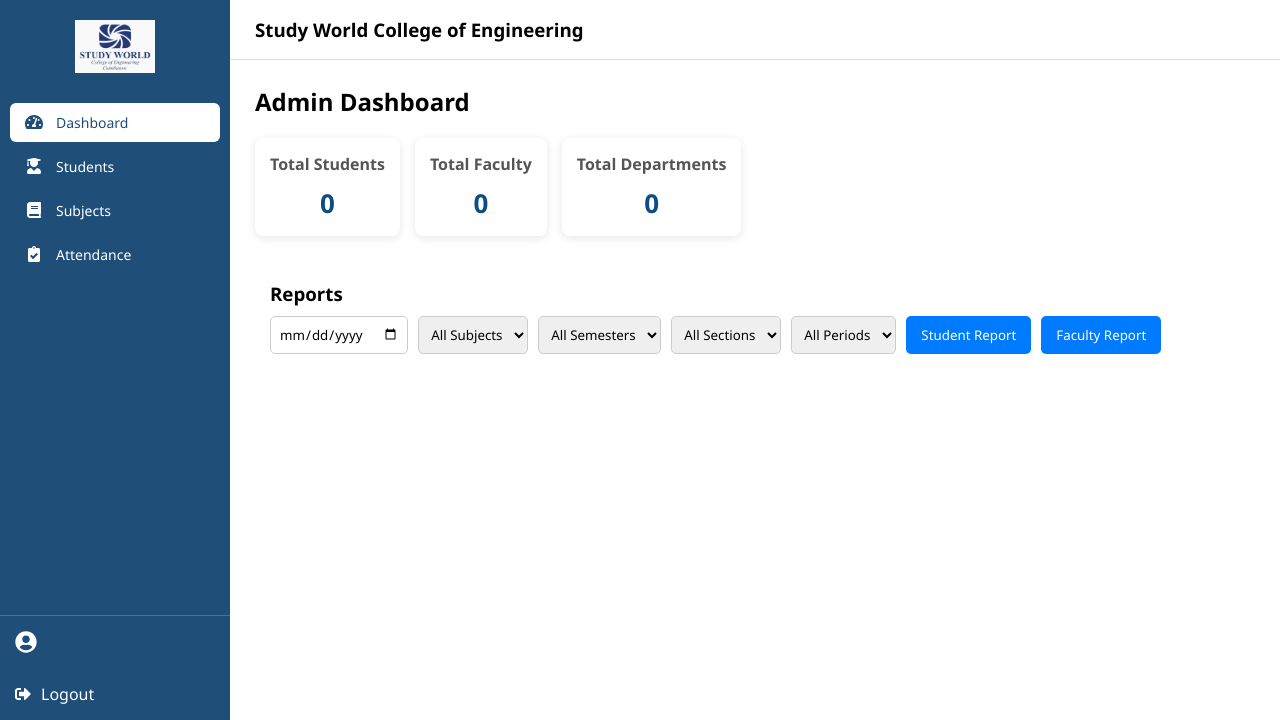
Repository: arthanarieswara/frontend
Page: /dashboard
An editor plug-in stored every save of this project. The page is shown before and after the next save, followed by the edit.
The browser window is 1280 px wide. The pictures show the whole page.
The page's requests for data from a server got no answer. The project was rebuilt for these pictures with package versions that can differ from the ones it lists, and the page was loaded fresh each time. No one was signed in, and anything a server would have sent is missing. Also part of the build but not shown: vite.config.js, src/pages/auth/Login.jsx, src/pages/departments/Departments.css, src/pages/departments/Departments.jsx, src/pages/students/Students.css, src/pages/students/Students.jsx, src/pages/faculty/Faculty.css, src/pages/faculty/Faculty.jsx and 9 more.

Above is the page before, as saved 2026-04-01 15:26:34.

After the next save:
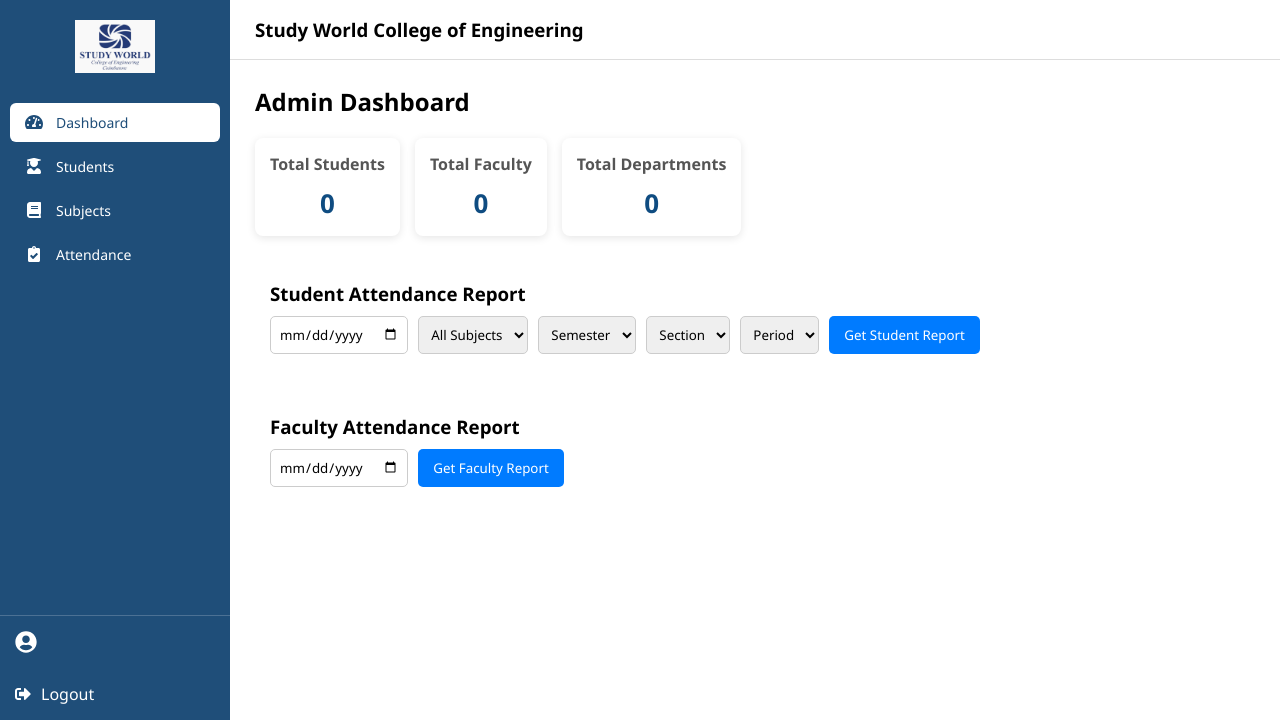
Saved 13 s later.
--- a/src/pages/dashboard/Dashboard.jsx
+++ b/src/pages/dashboard/Dashboard.jsx
@@ -4,6 +4,7 @@ import api from "../../api/api";
 import "./Dashboard.css";
 
 function Dashboard() {
+
   const [data, setData] = useState({
     students: 0,
     faculty: 0,
@@ -11,17 +12,19 @@ function Dashboard() {
   });
 
   const [subjects, setSubjects] = useState([]);
+
+  /* ================= STUDENT FILTER ================= */
+  const [sDate, setSDate] = useState("");
   const [subject, setSubject] = useState("");
-  const [date, setDate] = useState("");
-  const [period, setPeriod] = useState("");
   const [semester, setSemester] = useState("");
   const [section, setSection] = useState("");
-
-  /* ================= STUDENT ================= */
+  const [period, setPeriod] = useState("");
+
   const [studentSummary, setStudentSummary] = useState(null);
   const [studentType, setStudentType] = useState("");
 
-  /* ================= FACULTY ================= */
+  /* ================= FACULTY FILTER ================= */
+  const [fDate, setFDate] = useState("");
   const [facultySummary, setFacultySummary] = useState([]);
   const [facultyTotal, setFacultyTotal] = useState(0);
 
@@ -43,9 +46,9 @@ function Dashboard() {
   /* ================= STUDENT REPORT ================= */
 
   const getStudentReport = async () => {
-    if (!date) return alert("Select date");
-
-    let url = `/attendance/summary?date=${date}`;
+    if (!sDate) return alert("Select date");
+
+    let url = `/attendance/summary?date=${sDate}`;
 
     if (subject) url += `&subject_id=${subject}`;
     if (period) url += `&period=${period}`;
@@ -56,25 +59,19 @@ function Dashboard() {
 
     setStudentSummary(res.data);
     setStudentType(res.data.type);
-
-    /* reset faculty */
-    setFacultySummary([]);
   };
 
   /* ================= FACULTY REPORT ================= */
 
   const getFacultyReport = async () => {
-    if (!date) return alert("Select date");
+    if (!fDate) return alert("Select date");
 
     const res = await api.get(
-      `/faculty-attendance/summary?date=${date}`
+      `/faculty-attendance/summary?date=${fDate}`
     );
 
     setFacultySummary(res.data.statusSummary);
     setFacultyTotal(res.data.total);
-
-    /* reset student */
-    setStudentSummary(null);
   };
 
   return (
@@ -101,17 +98,20 @@ function Dashboard() {
           </div>
         </div>
 
-        {/* ================= FILTER ================= */}
+        {/* ===================================================== */}
+        {/* 🧑‍🎓 STUDENT ATTENDANCE SECTION */}
+        {/* ===================================================== */}
 
         <div className="attendance-filter-section">
-          <h3>Reports</h3>
+
+          <h3>Student Attendance Report</h3>
 
           <div className="filters">
 
             <input
               type="date"
-              value={date}
-              onChange={(e) => setDate(e.target.value)}
+              value={sDate}
+              onChange={(e) => setSDate(e.target.value)}
             />
 
             <select value={subject} onChange={(e) => setSubject(e.target.value)}>
@@ -122,37 +122,33 @@ function Dashboard() {
             </select>
 
             <select value={semester} onChange={(e) => setSemester(e.target.value)}>
-              <option value="">All Semesters</option>
+              <option value="">Semester</option>
               {[1,2,3,4,5,6,7,8].map(s => (
                 <option key={s} value={s}>Sem {s}</option>
               ))}
             </select>
 
             <select value={section} onChange={(e) => setSection(e.target.value)}>
-              <option value="">All Sections</option>
+              <option value="">Section</option>
               <option value="A">A</option>
               <option value="B">B</option>
             </select>
 
             <select value={period} onChange={(e) => setPeriod(e.target.value)}>
-              <option value="">All Periods</option>
+              <option value="">Period</option>
               {[1,2,3,4,5,6,7,8].map(p => (
                 <option key={p} value={p}>P{p}</option>
               ))}
             </select>
 
             <button onClick={getStudentReport}>
-              Student Report
+              Get Student Report
             </button>
 
-            <button onClick={getFacultyReport}>
-              Faculty Report
-            </button>
-
           </div>
         </div>
 
-        {/* ================= STUDENT RESULT ================= */}
+        {/* STUDENT RESULT */}
 
         {studentSummary && studentType === "single" && (
           <div className="cards">
@@ -171,12 +167,33 @@ function Dashboard() {
           </div>
         )}
 
-        {/* ================= FACULTY RESULT ================= */}
+        {/* ===================================================== */}
+        {/* 👨‍🏫 FACULTY ATTENDANCE SECTION */}
+        {/* ===================================================== */}
+
+        <div className="attendance-filter-section">
+
+          <h3>Faculty Attendance Report</h3>
+
+          <div className="filters">
+
+            <input
+              type="date"
+              value={fDate}
+              onChange={(e) => setFDate(e.target.value)}
+            />
+
+            <button onClick={getFacultyReport}>
+              Get Faculty Report
+            </button>
+
+          </div>
+        </div>
+
+        {/* FACULTY RESULT */}
 
         {facultySummary.length > 0 && (
           <div className="report-section">
-
-            <h3>Faculty Attendance Report</h3>
 
             <div className="cards">
               {facultySummary.map((f, index) => (
